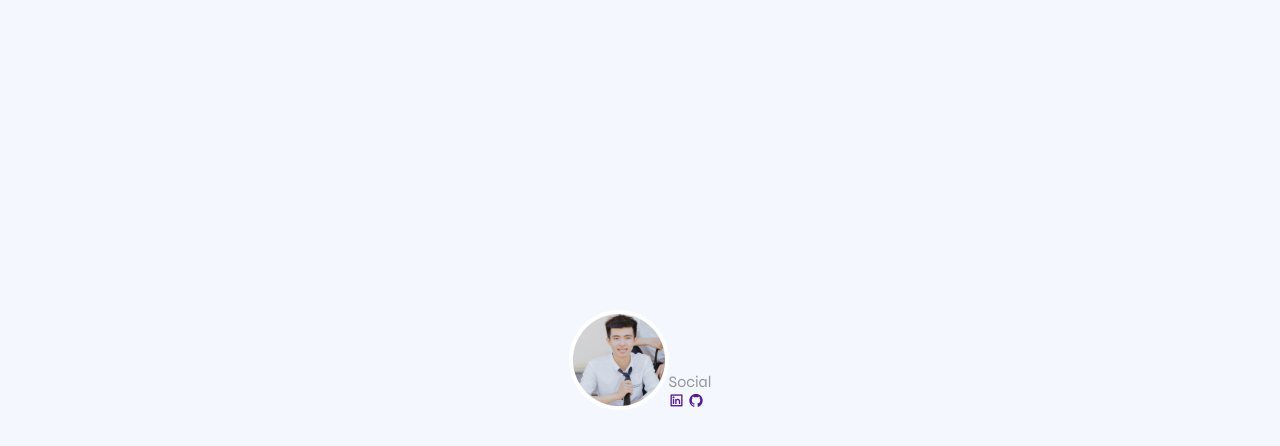
Repository: dinhhaidh/Profile
Page: index.html
The author's editor kept a copy of each file at every save. The page is drawn from the files as they stood at one save, then again after the next save.
The browser window is 1280 px wide. The pictures show the whole page.
Some web libraries are served in a nearby version.

Above is the page before, as saved 2024-02-29 08:54:15.

### index.html
<!DOCTYPE html>
<html lang="en">
<head>
    <meta charset="UTF-8">
    <meta name="viewport" content="width=device-width, initial-scale=1.0">

    <!--=============== REMIXICONS ===============-->
    <link rel="stylesheet" href="https://cdnjs.cloudflare.com/ajax/libs/remixicon/4.0.1/remixicon.css">

    <!--=============== CSS ===============-->
    <link rel="stylesheet" href="style.css">

    <title>Profile card with tooltip</title>
</head>
<body>
    <div class="container">
        <article class="card__article">
            <div class="card__profile">
                <img src="./img/img.jpg" alt="image" class="card__profile-img">
            </div>

            <div class="card__tooltip">
                <div class="card__content">
                    <header class="card__header">
                        <span>Social</span>

                        <div class="card__social">
                            <a href="" target="_blank">
                                <i class="ri-linkedin-box-line"></i>
                            </a>

                            <a href="" target="_blank">
                                <i class="ri-github-fill"></i>
                            </a>

                            <a href="" target="_blank"></a>
                        </div>
                    </header>

                    <div class="card__data">

                    </div>
                </div>
            </div>
        </article>
    </div>
</body>
</html>

### style.css
/*=============== GOOGLE FONTS ===============*/
@import url("https://fonts.googleapis.com/css2?family=Syne:wght@400;500;600&display=swap");

/*=============== VARIABLES CSS ===============*/
:root {
    /*========== Colors ==========*/
    /*Color mode HSL(hue, saturation, lightness)*/
    --first-color: hsl(230, 100%, 50%);
    --second-color: hsl(150, 100%, 38%);
    --title-color: hsl(230, 24%, 12%);
    --text-color: hsl(230, 4%, 60%);
    --gray-color: hsl(230, 24%, 88%);
    --border-color: hsl(230, 4%, 92%);
    --body-color: hsl(230, 100%, 98%);
    --container-color: hsl(0, 0%, 100%);

    /*========== Font and typography ==========*/
    /*.5rem = 8px | 1rem = 16px ...*/
    --body-font: "Syne", sans-serif;
    --h2-font-size: 1.25rem;
    --normal-font-size: 1rem;
}

/*=============== BASE ===============*/
* {
    box-sizing: border-box;
    padding: 0;
    margin: 0;
}

body {
    font-family: var(--body-font);
    font-size: var(--normal-font-size);
    background-color: var(--body-color);
    color: var(--text-color);
}

a {
    text-decoration: none;
}

img {
    display: block;
    max-width: 100%;
    height: auto;
}

/*=============== CARD ===============*/
.container{
    height: 100vh;
    display: grid;
    place-items: center;
    margin-inline: 1.5rem;
    padding-block: 7rem;
}
.card__article{
    position: relative;
    align-items: flex-end;
    display: flex;
    justify-content: center;
}
.card__profile{
    width: 100px;
    height: 100px;
    background-color: var(--gray-color);
    border-radius: 50%;
    overflow: hidden;
    display:flex;
    align-items: flex-end;
    justify-content: center;
    border: 4px solid var(--container-color);
    z-index: 5;
}
.card__profile-img{
    width: 95px;
}

/* Scale profile image */


/* Show tooltip card */


/*=============== BREAKPOINTS ===============*/
/* For medium devices */

After the next save:
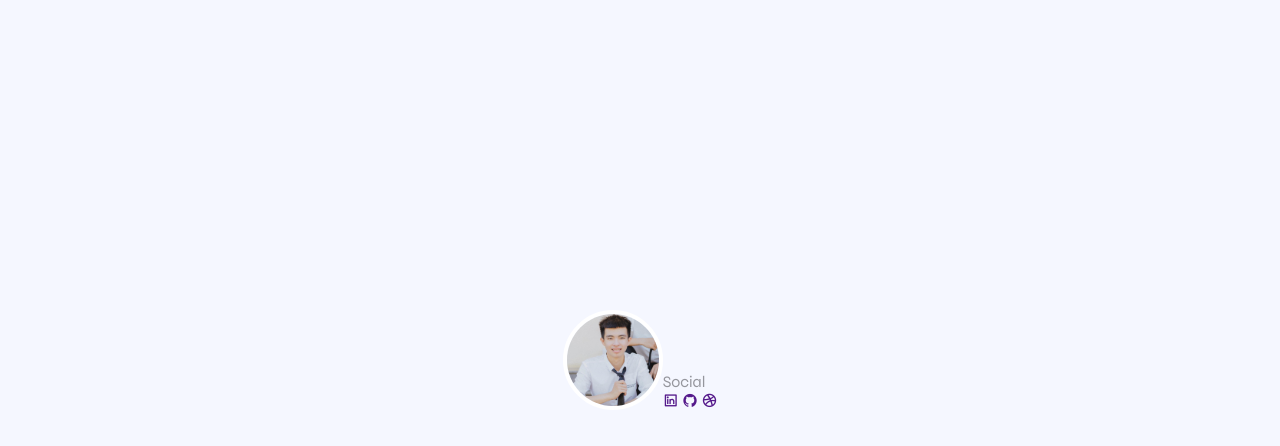
Saved 41 s later.
--- a/index.html
+++ b/index.html
@@ -33,7 +33,9 @@
                                 <i class="ri-github-fill"></i>
                             </a>
 
-                            <a href="" target="_blank"></a>
+                            <a href="" target="_blank">
+                                <i class="ri-dribbble-line"></i>
+                            </a>
                         </div>
                     </header>
 
